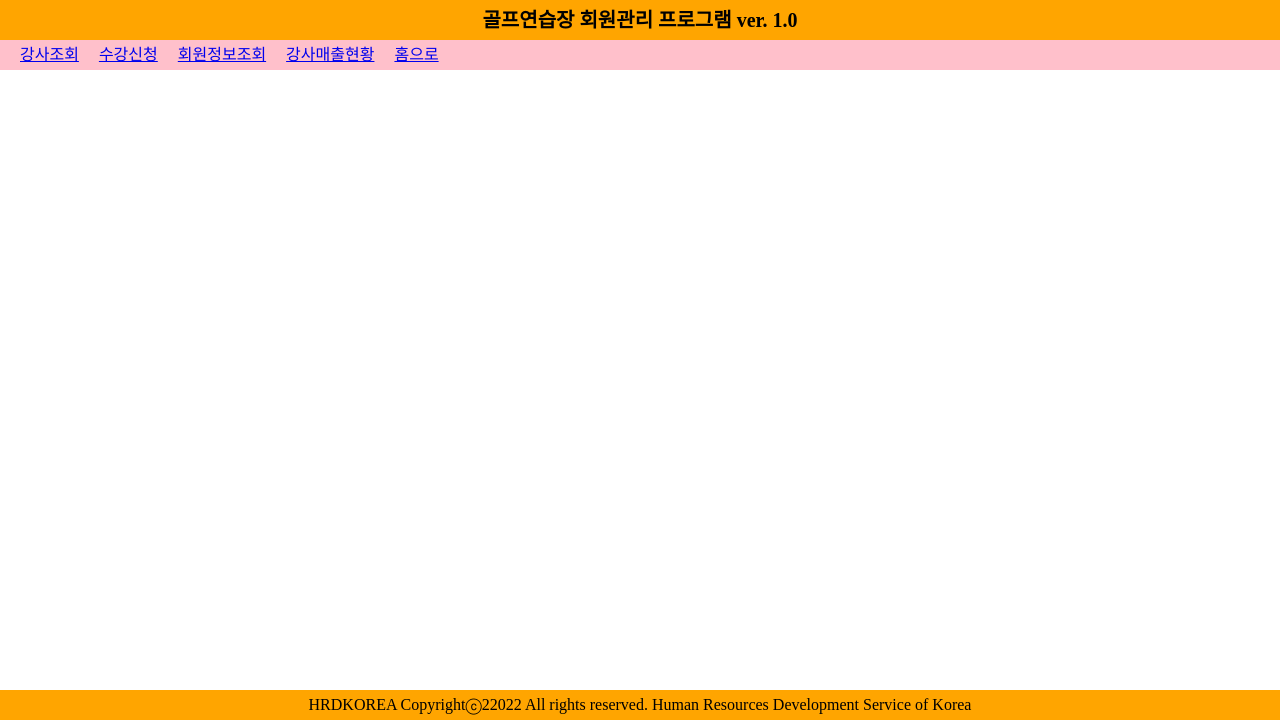
Repository: leesuyeon116/HRD_3
Page: http://localhost/HRD_0505/
These files come from the project's save history. The page is drawn as it stood at one moment and after the next save; the edit follows.
The browser window is 1280 px wide. The pictures show the whole page.
The page is served by Tomcat 9.

Above is the page before, as saved 2024-05-05 08:27:42.

### workspace/HRD_0505/src/main/webapp/index.jsp
<%@ page language="java" contentType="text/html; charset=UTF-8"
    pageEncoding="UTF-8"%>
<!DOCTYPE html>
<html>
<head>
<meta charset="UTF-8">
<title>index</title>
</head>
<body>
<jsp:include page="header.jsp"></jsp:include>
<section>
</section>

<jsp:include page="footer.jsp"></jsp:include>
</body>
</html>

### workspace/HRD_0505/src/main/webapp/header.jsp
<%@ page language="java" contentType="text/html; charset=UTF-8"
    pageEncoding="UTF-8"%>
<!DOCTYPE html>
<html>
<head>
<meta charset="UTF-8">
<title>header</title>
</head>
<body>
<header style="position: fixed; top: 0px; left: 0px; width: 100%; height: 40px; line-height: 40px; background-color: orange;
	text-align: center; font-size: 20px">
<b>골프연습장 회원관리 프로그램 ver. 1.0</b>
</header>

<nav style="position: fixed; top: 40px; left: 0px; width: 100%; height: 30px; line-height: 30px; background-color: pink;
	padding-left: 20px">
	<a href=".jsp">강사조회</a> &nbsp; &nbsp;
	<a href=".jsp">수강신청</a> &nbsp; &nbsp;
	<a href="m_list.jsp">회원정보조회</a> &nbsp; &nbsp;
	<a href=".jsp">강사매출현황</a> &nbsp; &nbsp;
	<a href="index.jsp">홈으로</a> &nbsp; &nbsp;
</nav>
</body>
</html>

### workspace/HRD_0505/src/main/webapp/footer.jsp
<%@ page language="java" contentType="text/html; charset=UTF-8"
    pageEncoding="UTF-8"%>
<!DOCTYPE html>
<html>
<head>
<meta charset="UTF-8">
<title>footer</title>
</head>
<body>
<footer style="position: fixed; bottom: 0px; left: 0px; width: 100%; height: 30px; line-height: 30px; background-color: orange;
	text-align: center">
	HRDKOREA Copyrightⓒ22022 All rights reserved. Human Resources Development Service of Korea
</footer>
</body>
</html>

After the next save:
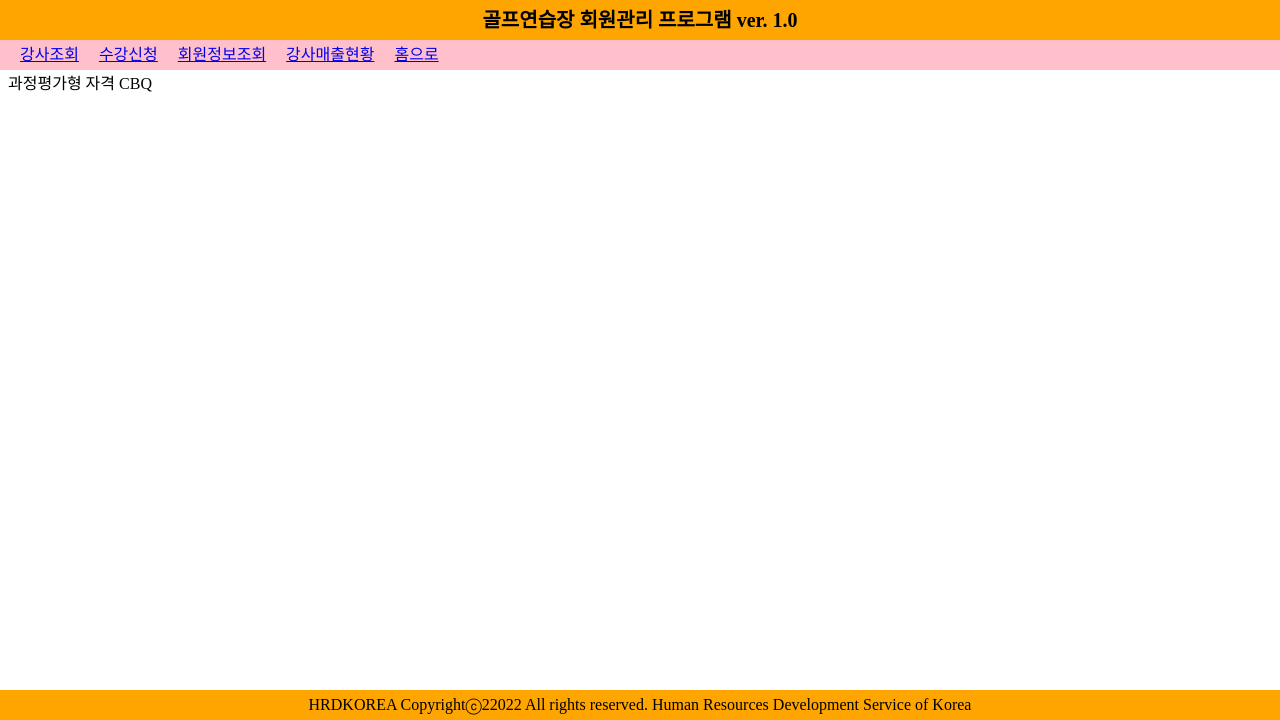
Saved 59 s later.
--- a/workspace/HRD_0505/src/main/webapp/index.jsp
+++ b/workspace/HRD_0505/src/main/webapp/index.jsp
@@ -8,7 +8,8 @@
 </head>
 <body>
 <jsp:include page="header.jsp"></jsp:include>
-<section>
+<section style="position: fixed; top: 70px; ">
+과정평가형 자격 CBQ
 </section>
 
 <jsp:include page="footer.jsp"></jsp:include>
